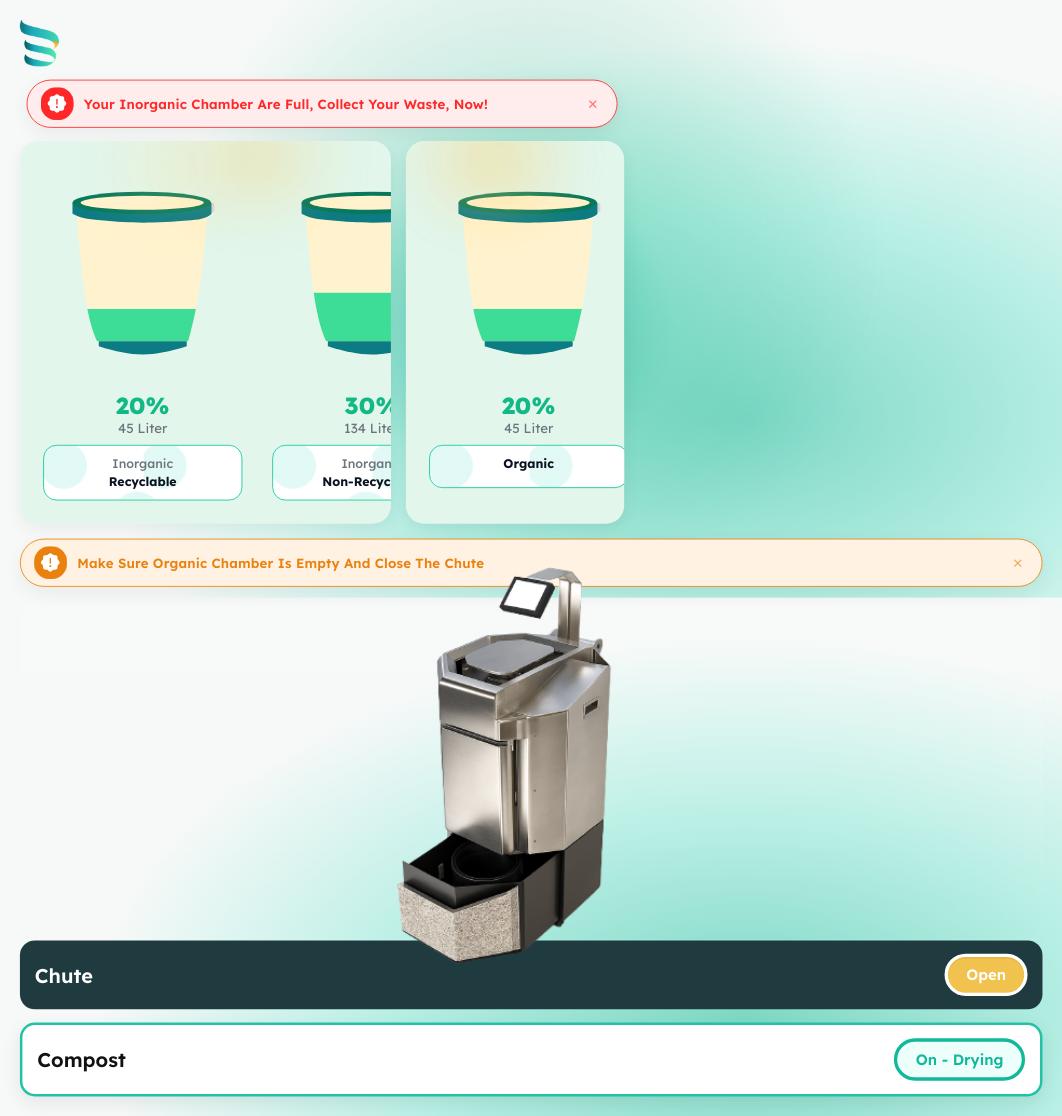
Repository: william-saputra/nusabin
Page: pages/homepage.html
The author's editor kept a copy of each file at every save. The page is drawn from the files as they stood at one save, then again after a run of saves.
The browser window is 1280 px wide. The pictures show the whole page, at 83% of full size.
Backgrounds fixed to the window are drawn as part of the page.

Above is the page before, as saved 2025-08-13 02:01:25.

### pages/homepage.html
<!DOCTYPE html>
<html lang="en">
  <head>
    <meta charset="UTF-8" />
    <meta name="viewport" content="width=device-width, initial-scale=1.0" />
    <title>Nusabin – Homepage</title>
    <link rel="preconnect" href="https://fonts.googleapis.com" />
    <link rel="preconnect" href="https://fonts.gstatic.com" crossorigin />
    <link href="https://fonts.googleapis.com/css2?family=Lexend:wght@400;500;600;700;800&family=Inter:wght@400;500;600;700;800&display=swap" rel="stylesheet" />
    <link rel="stylesheet" href="../styles/base.css" />
    <link rel="stylesheet" href="../styles/pages/homepage.css" />
  </head>
  <body>
    <div class="homepage no-nav">
      <header class="topbar no-nav">
        <img src="../assets/images/green_logo.png" alt="Nusabin" class="logo no-nav" />
        <div class="spacer no-nav"></div>
        <div></div>
      </header>

      <main class="layout">
        <div class="left-col">
          <section class="alerts no-nav">
            <div class="alert pill no-nav" data-variant="danger" data-alert-id="left-alert">
              <img class="alert-icon" src="../assets/icons/red_alert.svg" alt="alert" width="40" height="40" />
              <div class="text no-nav">Your Inorganic Chamber Are Full, Collect Your Waste, Now!</div>
              <button class="close no-nav" data-dismiss>
                <span class="no-nav">&#10005;</span>
              </button>
            </div>
          </section>
          <div class="left-grid clickable-area" data-navigate>
          <div class="card card-buckets">
            <div class="bucket-group">
              <div class="bucket-item" data-id="inorganic_recyclable">
                <svg class="bucket-svg" viewBox="0 0 197 216" aria-labelledby="title-ir" role="img">
                  <title id="title-ir">Inorganic Recyclable</title>
                  <defs>
                    <clipPath id="cupShape-inorganic_recyclable">
                      <path d="M53.3367 175.048C43.8761 154.841 39.492 126.346 33.0561 49.7143L162.041 52.148C157.42 108.314 153.879 136.877 143.383 175.048C107.592 183.612 87.9058 183.201 53.3367 175.048Z" />
                    </clipPath>
                  </defs>
                  <path d="M53.3367 175.048C43.8761 154.841 39.492 126.346 33.0561 49.7143L162.041 52.148C157.42 108.314 153.879 136.877 143.383 175.048C107.592 183.612 87.9058 183.201 53.3367 175.048Z" fill="#FFF3CF" />
                  <rect id="cupFill-inorganic_recyclable" x="0" y="175" width="197" height="0" clip-path="url(#cupShape-inorganic_recyclable)" />
                  <path d="M55 179.937V175H142V179.937C107.725 190.783 88.6686 190.592 55 179.937Z" fill="#0C7B83" />
                  <rect x="166.097" y="38.3571" width="3.2449" height="8.92347" fill="#D9D9D9" />
                  <path d="M29 48.9031V38.3571H166.503V48.9031C162.244 52.8888 157.731 54.2809 146.222 55.3929C109.605 58.2432 89.8065 58.6723 56.9872 55.3929C42.0852 54.0832 36.1288 52.6188 29 48.9031Z" fill="#0C7B83" />
                  <ellipse cx="97.5485" cy="37.9515" rx="68.5485" ry="10.9515" fill="#08785B" />
                  <ellipse cx="97.9541" cy="37.9515" rx="60.8418" ry="6.89541" fill="#FFF3CF" />
                </svg>
                <div class="bucket-metrics">
                  <div class="percent" data-percent>0%</div>
                  <div class="liter" data-liter>0 Liter</div>
                </div>
                <div class="chip chip-2line"><span>Inorganic</span><strong>Recyclable</strong></div>
              </div>

              <div class="bucket-item" data-id="inorganic_non_recyclable">
                <svg class="bucket-svg" viewBox="0 0 197 216" aria-labelledby="title-inr" role="img">
                  <title id="title-inr">Inorganic <br>Non-Recyclable</title>
                  <defs>
                    <clipPath id="cupShape-inorganic_non_recyclable">
                      <path d="M53.3367 175.048C43.8761 154.841 39.492 126.346 33.0561 49.7143L162.041 52.148C157.42 108.314 153.879 136.877 143.383 175.048C107.592 183.612 87.9058 183.201 53.3367 175.048Z" />
                    </clipPath>
                  </defs>
                  <path d="M53.3367 175.048C43.8761 154.841 39.492 126.346 33.0561 49.7143L162.041 52.148C157.42 108.314 153.879 136.877 143.383 175.048C107.592 183.612 87.9058 183.201 53.3367 175.048Z" fill="#FFF3CF" />
                  <rect id="cupFill-inorganic_non_recyclable" x="0" y="175" width="197" height="0" clip-path="url(#cupShape-inorganic_non_recyclable)" />
                  <path d="M55 179.937V175H142V179.937C107.725 190.783 88.6686 190.592 55 179.937Z" fill="#0C7B83" />
                  <rect x="166.097" y="38.3571" width="3.2449" height="8.92347" fill="#D9D9D9" />
                  <path d="M29 48.9031V38.3571H166.503V48.9031C162.244 52.8888 157.731 54.2809 146.222 55.3929C109.605 58.2432 89.8065 58.6723 56.9872 55.3929C42.0852 54.0832 36.1288 52.6188 29 48.9031Z" fill="#0C7B83" />
                  <ellipse cx="97.5485" cy="37.9515" rx="68.5485" ry="10.9515" fill="#08785B" />
                  <ellipse cx="97.9541" cy="37.9515" rx="60.8418" ry="6.89541" fill="#FFF3CF" />
                </svg>
                <div class="bucket-metrics">
                  <div class="percent" data-percent>0%</div>
                  <div class="liter" data-liter>0 Liter</div>
                </div>
                <div class="chip chip-2line"><span>Inorganic</span><strong>Non-Recyclable</strong></div>
              </div>
            </div>
          </div>

          <div class="card card-bucket-single">
            <div class="bucket-item" data-id="organic">
              <svg class="bucket-svg" viewBox="0 0 197 216" aria-labelledby="title-org" role="img">
                <title id="title-org">Organic</title>
                <defs>
                  <clipPath id="cupShape-organic">
                    <path d="M53.3367 175.048C43.8761 154.841 39.492 126.346 33.0561 49.7143L162.041 52.148C157.42 108.314 153.879 136.877 143.383 175.048C107.592 183.612 87.9058 183.201 53.3367 175.048Z" />
                  </clipPath>
                </defs>
                <path d="M53.3367 175.048C43.8761 154.841 39.492 126.346 33.0561 49.7143L162.041 52.148C157.42 108.314 153.879 136.877 143.383 175.048C107.592 183.612 87.9058 183.201 53.3367 175.048Z" fill="#FFF3CF" />
                <rect id="cupFill-organic" x="0" y="175" width="197" height="0" clip-path="url(#cupShape-organic)" />
                <path d="M55 179.937V175H142V179.937C107.725 190.783 88.6686 190.592 55 179.937Z" fill="#0C7B83" />
                <rect x="166.097" y="38.3571" width="3.2449" height="8.92347" fill="#D9D9D9" />
                <path d="M29 48.9031V38.3571H166.503V48.9031C162.244 52.8888 157.731 54.2809 146.222 55.3929C109.605 58.2432 89.8065 58.6723 56.9872 55.3929C42.0852 54.0832 36.1288 52.6188 29 48.9031Z" fill="#0C7B83" />
                <ellipse cx="97.5485" cy="37.9515" rx="68.5485" ry="10.9515" fill="#08785B" />
                <ellipse cx="97.9541" cy="37.9515" rx="60.8418" ry="6.89541" fill="#FFF3CF" />
              </svg>
              <div class="bucket-metrics">
                <div class="percent" data-percent>0%</div>
                <div class="liter" data-liter>0 Liter</div>
              </div>
              <div class="chip chip-2line"><strong>Organic</strong></div>
            </div>
          </div>
          </div>
        </div>

        <!-- <aside class="right-panel">
          <section class="alerts no-nav">
            <div class="alert pill no-nav" data-variant="warning" data-alert-id="right-alert">
              <img class="alert-icon" src="../assets/icons/orange_alert.svg" alt="alert" width="40" height="40" />
              <div class="text no-nav">Make Sure Organic Chamber Is Empty And Close The Cute</div>
              <button class="close no-nav" data-dismiss>
                <span class="no-nav">&#10005;</span>
              </button>
            </div>
          </section>
          <div class="machine-wrapper">
            <img src="../assets/images/machine.png" alt="Machine" class="machine" />
          </div>
          <div class="status-panel no-nav">
            <div class="status-row variant-dark no-nav">
              <div class="label no-nav">Chute</div>
              <div class="status-pill pill-open no-nav">Open</div>
            </div>
            <div class="status-row variant-light no-nav">
              <div class="label no-nav">Compost</div>
              <div class="status-pill pill-on no-nav">On - Drying</div>
            </div>
          </div>
        </aside> -->
      </main>

      <main class="fullpage-right">
        <section class="alerts no-nav">
          <div class="alert pill no-nav" data-variant="warning" data-alert-id="right-alert">
            <img class="alert-icon" src="../assets/icons/orange_alert.svg" alt="alert" width="40" height="40" />
            <div class="text no-nav">Make Sure Organic Chamber Is Empty And Close The Chute</div>
            <button class="close no-nav" data-dismiss>
              <span class="no-nav">&#10005;</span>
            </button>
          </div>
        </section>

        <div class="machine-wrapper">
          <img src="../assets/images/machine.png" alt="Machine" class="machine" />
        </div>

        <div class="status-panel no-nav">
          <div class="status-row variant-dark no-nav">
            <div class="label no-nav">Chute</div>
            <div class="status-pill pill-open no-nav">Open</div>
          </div>
          <div class="status-row variant-light no-nav">
            <div class="label no-nav">Compost</div>
            <div class="status-pill pill-on no-nav">On - Drying</div>
          </div>
        </div>

      </main>

      <div class="page-bottom-decor" aria-hidden="true"></div>
      <div class="page-left-glow" aria-hidden="true"></div>
    </div>

    <script src="../scripts/main.js"></script>
  </body>
  </html>

### styles/base.css
:root {
  --bg: #f6f9f8;
  --card: #ffffff;
  --text: #0b1220;
  --muted: #6b7280;
  --primary: #1cb59b;
  --danger: #e53935;
  --warning: #ffb74d;
  --ring: rgba(28, 181, 155, 0.35);
}

* { box-sizing: border-box; }
html, body { height: 100%; }
body {
  margin: 0;
  font-family: Lexend, Inter, system-ui, -apple-system, Segoe UI, Roboto, Helvetica, Arial, "Apple Color Emoji", "Segoe UI Emoji";
  color: var(--text);
  background: radial-gradient(1200px 700px at 70% 70%, #7ed8c4 0%, #b8efe5 35%, #f6f9f8 65%) no-repeat fixed;
}

/* Generic layout */
.homepage { padding: 24px; }
.topbar { display: flex; align-items: center; gap: 16px; }
.spacer { flex: 1 1 auto; }
.logo { height: 56px; }

.theme-toggle { display: flex; align-items: center; gap: 10px; font-weight: 600; }
.theme-toggle .label { opacity: 0.9; }

/* Toggle */
.switch { position: relative; display: inline-block; width: 54px; height: 30px; }
.switch input { display: none; }
.slider { position: absolute; cursor: pointer; top: 0; left: 0; right: 0; bottom: 0; background: #111; transition: .2s; border-radius: 999px; }
.slider:before { position: absolute; content: ""; height: 22px; width: 22px; left: 4px; bottom: 4px; background: #fff; transition: .2s; border-radius: 50%; }
input:checked + .slider { background: #cdd2d6; }
input:checked + .slider:before { transform: translateX(24px); }

/* Alerts */
.alerts { display: grid; grid-template-columns: 1fr; gap: 12px; margin: 18px 0; }
.alert { display: grid; grid-template-columns: auto 1fr auto; align-items: center; gap: 12px; padding: 8px 16px; border-radius: 50px; box-shadow: 0 8px 24px rgba(0,0,0,.06); font-family: Lexend, Inter, sans-serif; border: 1px solid currentColor; }
.alert .text { font-weight: 600; letter-spacing: .2px; }
.alert .close { appearance: none; border: 0; background: transparent; cursor: pointer; opacity: 0.6; font-size: 16px; color: inherit; }
.alert.pill[data-variant="danger"] { color: #FF2828; background: #FFECEC; }
.alert.pill[data-variant="warning"] { color: #EA800E; background: #FFF2E3; }
.alert-icon { flex: 0 0 auto; width: 40px; height: 40px; }

/* Align alerts: left and right margins consistent */
.left-col .alerts, .right-panel .alerts { margin: 16px 8px; }

/* Page bottom glow circle */
.page-bottom-decor { position: fixed; left: 50%; bottom: -180px; transform: translateX(-50%); width: 1200px; height: 1200px; border-radius: 50%; background: radial-gradient(closest-side, rgba(18,184,134,0.35), rgba(18,184,134,0) 70%); filter: blur(12px); pointer-events: none; z-index: -1; }

/* Main layout */
.layout { display: grid; grid-template-columns: 1.35fr 480px; gap: 24px; align-items: start; }
.left-col { display: block; }
.left-grid { display: grid; grid-template-columns: 1.7fr 1fr; gap: 18px; }

.card { background: var(--card); border-radius: 22px; padding: 28px; box-shadow: 0 6px 20px rgba(0,0,0,.06); position: relative; overflow: hidden; }
.card::before, .card::after { content: ""; position: absolute; pointer-events: none; border-radius: 50%; filter: blur(40px); opacity: 0.9; }
.card::before { width: 260px; height: 180px; top: -70px; right: 30px; background: radial-gradient(closest-side, rgba(255,189,57,0.55), rgba(255,189,57,0) 70%); }
.card::after  { width: 220px; height: 160px; top: -50px; left: 40%; transform: translateX(-50%); background: radial-gradient(closest-side, rgba(255,225,149,0.55), rgba(255,225,149,0) 70%); }
.card-buckets { display: block; background: #E2F6EC; min-height: 460px; }
.card-bucket-single { display: block; background: #E2F6EC; min-height: 460px; }

.bucket-group { display: grid; grid-template-columns: 1fr 1fr; gap: 36px; justify-items: center; }
.bucket-item { display: grid; justify-items: center; gap: 10px; }
.bucket-svg { width: 100%; max-width: 240px; height: auto; display: block; }
.bucket-static { pointer-events: none; }

.bucket-metrics { text-align: center; }
.bucket-metrics .percent { font-weight: 800; font-size: 28px; color: #12B886; }
.bucket-metrics .percent.danger { color: #F44336; }
.bucket-metrics .liter { color: #6C757D; font-size: 16px; }

.chip { display: inline-flex; flex-direction: column; align-items: center; gap: 4px; padding: 14px 22px; border-radius: 16px; background: #fff; border: 1.5px solid #0DC798; font-size: 22px; line-height: 1.1; min-height: 52px; min-width: 240px; }
.chip span { color: #6C757D; font-weight: 500; }
.chip strong { font-weight: 700; }
.chip-positive strong { color: #12B886; }
.chip-negative strong { color: #F44336; }
.chip {
  background-image: radial-gradient(circle at 20% 20%, rgba(13, 207, 173, 0.12) 0 20%, rgba(13, 207, 173, 0) 21%),
                    radial-gradient(circle at 80% 60%, rgba(13, 207, 173, 0.12) 0 20%, rgba(13, 207, 173, 0) 21%);
  background-size: 120px 120px, 140px 140px;
}

.chip-2line { font-size: 15px; }

.right-panel { display: grid; grid-template-rows: 1fr auto; gap: 18px; }
.right-panel { background: linear-gradient(180deg, #72c9bd 0%, #3ba79b 35%, #1b6f67 100%); padding: 20px; border-radius: 16px; }
.machine-wrapper { display: grid; place-items: center; background: linear-gradient(180deg, rgba(255,255,255,0.18), rgba(255,255,255,0)); border-radius: 16px; min-height: 400px; box-shadow: inset 0 0 0 1px rgba(255,255,255,0.15); }
.machine { max-width: 100%; height: auto; object-fit: contain; transform: scale(1.3); transform-origin: center; }

.status-panel { background: transparent; border-radius: 16px; padding: 0; display: grid; gap: 16px; }
.status-row { display: flex; align-items: center; justify-content: space-between; padding: 16px 18px; border-radius: 18px; }
.status-row .label { font-weight: 600; font-size: 24px; }
.status-row.variant-dark { background: #1f3b3f; color: #ffffff; }
.status-row.variant-light { background: #ffffff; color: #111; border: 3px solid #22c3a4; box-shadow: 0 8px 24px rgba(0,0,0,.08); }
.status-pill { border-radius: 999px; padding: 10px 22px; font-weight: 600; font-size: 18px; }
.pill-open { background: #f1c24e; color: #ffffff; border: 4px solid #ffffff; box-shadow: 0 2px 0 rgba(0,0,0,.06) inset; }
.pill-on { background: #ecfffb; color: #12b89a; border: 4px solid #12b89a; }

.clickable-area { cursor: pointer; }

/* Decorative half-circle with glow on the left bottom */
.left-col { position: relative; }
.left-col::after { content: ""; position: absolute; left: 50%; transform: translateX(-10%); bottom: -40px; width: 560px; height: 560px; border-bottom-left-radius: 560px; border-bottom-right-radius: 560px; border-top-left-radius: 560px; border-top-right-radius: 560px; background: radial-gradient(closest-side, rgba(28,181,155,0.55), rgba(28,181,155,0) 70%); filter: blur(6px); z-index: -1; }
.left-col::before { content: ""; position: absolute; left: 40%; transform: translateX(-50%); bottom: 20px; width: 380px; height: 220px; border-radius: 380px 380px 0 0; background: radial-gradient(closest-side, rgba(60,220,178,0.7), rgba(60,220,178,0) 70%); filter: blur(20px); z-index: -1; }

/* Dark mode */
.dark body, body.dark { background: radial-gradient(1200px 700px at 70% 70%, #0e3c3b 0%, #0f6b61 35%, #071b1a 65%); color: #e5f6f1; }
body.dark .card, body.dark .status-panel { background: #0a1414; color: #e6f5f1; }
body.dark .chip { background: #08201c; border-color: #0f3f36; }
body.dark .bucket-metrics .percent { color: #55e3c7; }
body.dark .status-row { background: #051010; }
body.dark .status-pill { background: #0b2a26; }

/* Utilities for specific wrappers that shouldn't navigate */
.no-nav { pointer-events: auto; }

@media (max-width: 1100px) {
  .layout { grid-template-columns: 1fr; }
  .right-panel { order: -1; }
}

### styles/pages/homepage.css
/* Page-specific fine-tuning for Homepage */
.homepage .card-buckets { background: #E2F6EC; }
.homepage .card-bucket-single { background: #E2F6EC; }

.homepage .bucket-item .bucket { filter: drop-shadow(0 10px 24px rgba(0,0,0,.08)); }
.homepage .bucket-item .percent { letter-spacing: .3px; }

.right-panel .status-panel { gap: 14px; }

@media (max-width: 1100px) {
  .homepage .bucket-svg { max-width: 180px; }
}

/* bottom-left half-circle glow decoration using SVG */
.page-left-glow{position:fixed;left:-70px;bottom:-500px;width:800px;height:10000px;background:url('../../assets/icons/glow.svg') no-repeat left bottom/contain;pointer-events:none;z-index:-1}

/* Match action cards typography and icon scale (if used on homepage cards) */
.card-left .label{display:inline-block;background:rgba(11,174,155,.6);color:#fff;padding:7px 12px;border-radius:24px;font-weight:600;font-size:13.5px}
.heading{margin:8px 0 0;color:#fff;font-weight:800;font-size:34px;line-height:1.08;text-shadow:0 1px 2px rgba(0,0,0,.15)}
.card-right .icon-box{width:116px;height:116px;border-radius:18px;background:rgba(255,255,255,.08);display:grid;place-items:center;border:3px solid rgba(255,255,255,.95)}
.card-right img{max-width:88%;max-height:88%;object-fit:contain}
.cta{margin-top:28px}

### scripts/main.js
(function () {
  const root = document;

  // Navigate to detail when clicking anywhere on the left grid
  const clickable = root.querySelector('.clickable-area');
  if (clickable) {
    clickable.addEventListener('click', function (ev) {
      const target = ev.target;
      if (target && (target.closest('[data-dismiss]') || target.closest('.switch') || target.closest('.status-panel') || target.closest('.alerts'))) return;
      window.location.href = '../pages/detailpage.html';
    });
  }

  // Close alert buttons
  root.querySelectorAll('[data-dismiss]').forEach((btn) => {
    btn.addEventListener('click', (e) => {
      e.stopPropagation();
      const alert = btn.closest('.alert');
      if (alert) alert.remove();
    });
  });

  // Example: programmatic update of alert colors (kept for future use)
  function setAlertVariant(id, variant) {
    const el = root.querySelector('[data-alert-id="' + id + '"]');
    if (!el) return;
    el.setAttribute('data-variant', variant);
    const rect = el.querySelector('g > rect');
    if (rect) rect.setAttribute('fill', variant === 'danger' ? '#FF2828' : '#EA800E');
  }

  // Data dummy hardcoded
  const data = {
    inorganic_recyclable: { level: 20, volume: 45 },
    inorganic_non_recyclable: { level: 30, volume: 134 },
    organic: { level: 20, volume: 45 }
  };

  // Update function per spec
  function updateFill(binId, percent, volumeLiters) {
    const rect = root.getElementById('cupFill-' + binId);
    if (!rect) return;
    // Using actual bucket.svg coordinates: baseY aligns with ~175 (bottom of cup path), contentHeight approximated to inner cup height
    const contentHeight = 160; // adjustable based on real cup inner height
    const baseY = 175;
    const p = Math.max(0, Math.min(100, percent));
    const newHeight = (p / 100) * contentHeight;
    const newY = baseY - newHeight;
    rect.setAttribute('height', String(newHeight));
    rect.setAttribute('y', String(newY));
    rect.setAttribute('fill', p >= 70 ? '#F04438' : '#3DDC97');

    const item = root.querySelector('.bucket-item[data-id="' + binId + '"]');
    if (!item) return;
    const percentEl = item.querySelector('[data-percent]');
    const literEl = item.querySelector('[data-liter]');
    if (percentEl) {
      percentEl.textContent = p + '%';
      percentEl.classList.toggle('danger', p >= 70);
    }
    if (literEl) literEl.textContent = volumeLiters + ' Liter';
  }

  // Initialize
  Object.entries(data).forEach(([id, val]) => {
    updateFill(id, val.level, val.volume);
  });
})();

### assets/icons/glow.svg
<svg width="800" height="400" viewBox="0 0 800 400" fill="none" xmlns="http://www.w3.org/2000/svg">
  <defs>
    <radialGradient id="glowGrad" cx="0" cy="1" r="1.1">
      <stop offset="0" stop-color="#12B886" stop-opacity="0.65" />
      <stop offset="0.55" stop-color="#7ED8C4" stop-opacity="0.45" />
      <stop offset="1" stop-color="#7ED8C4" stop-opacity="0" />
    </radialGradient>
    <filter id="softBlur" x="-50%" y="-50%" width="200%" height="200%">
      <feGaussianBlur stdDeviation="14" />
    </filter>
    <clipPath id="half">
      <rect x="0" y="0" width="800" height="400" />
    </clipPath>
  </defs>
  <!-- Big circle centered at bottom-left corner region; only top half visible via viewBox height -->
  <g clip-path="url(#half)" filter="url(#softBlur)">
    <circle cx="400" cy="400" r="400" fill="url(#glowGrad)" />
  </g>
</svg>

<svg width="804" height="804" viewBox="0 0 804 804" fill="none" xmlns="http://www.w3.org/2000/svg">
<g filter="url(#filter0_f_10_62)">
<circle cx="402" cy="402" r="330" stroke="#3FFF9F" stroke-width="40"/>
</g>
<circle cx="402" cy="416" r="350" fill="url(#paint0_linear_10_62)"/>
<defs>
<filter id="filter0_f_10_62" x="0" y="0" width="804" height="804" filterUnits="userSpaceOnUse" color-interpolation-filters="sRGB">
<feFlood flood-opacity="0" result="BackgroundImageFix"/>
<feBlend mode="normal" in="SourceGraphic" in2="BackgroundImageFix" result="shape"/>
<feGaussianBlur stdDeviation="26" result="effect1_foregroundBlur_10_62"/>
</filter>
<linearGradient id="paint0_linear_10_62" x1="752" y1="-89" x2="509" y2="440.5" gradientUnits="userSpaceOnUse">
<stop stop-color="white"/>
<stop offset="1" stop-color="#0DC798"/>
</linearGradient>
</defs>
</svg>

After the next 4 saves:
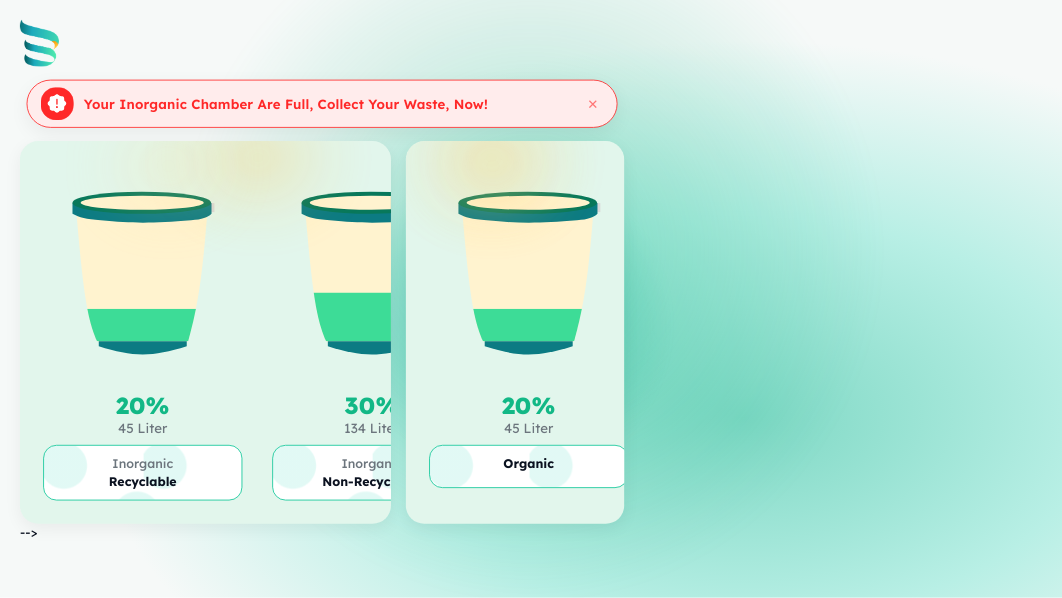
The 4 saves are shown as one change because they came seconds apart.
The last was saved 22 s later.
--- a/pages/homepage.html
+++ b/pages/homepage.html
@@ -133,33 +133,9 @@
         </aside> -->
       </main>
 
-      <main class="fullpage-right">
-        <section class="alerts no-nav">
-          <div class="alert pill no-nav" data-variant="warning" data-alert-id="right-alert">
-            <img class="alert-icon" src="../assets/icons/orange_alert.svg" alt="alert" width="40" height="40" />
-            <div class="text no-nav">Make Sure Organic Chamber Is Empty And Close The Chute</div>
-            <button class="close no-nav" data-dismiss>
-              <span class="no-nav">&#10005;</span>
-            </button>
-          </div>
-        </section>
-
-        <div class="machine-wrapper">
-          <img src="../assets/images/machine.png" alt="Machine" class="machine" />
-        </div>
-
-        <div class="status-panel no-nav">
-          <div class="status-row variant-dark no-nav">
-            <div class="label no-nav">Chute</div>
-            <div class="status-pill pill-open no-nav">Open</div>
-          </div>
-          <div class="status-row variant-light no-nav">
-            <div class="label no-nav">Compost</div>
-            <div class="status-pill pill-on no-nav">On - Drying</div>
-          </div>
-        </div>
-
-      </main>
+      <!-- <main class="fullpage-right">
+        <!-- paste isi aside tadi di sini -->
+      </main> -->
 
       <div class="page-bottom-decor" aria-hidden="true"></div>
       <div class="page-left-glow" aria-hidden="true"></div>
